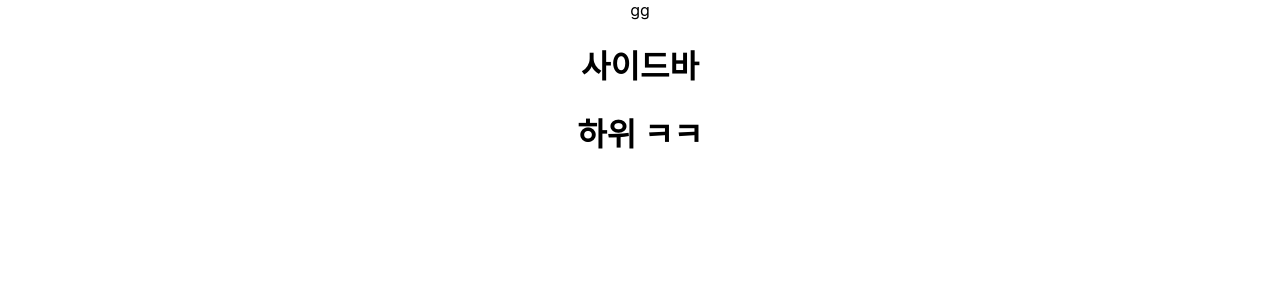
Repository: yangddoddi/community_react
Page: /
These files come from the project's save history. The page is drawn as it stood at one moment and after the next save; the edit follows.
The browser window is 1280 px wide. The pictures show the whole page.
The page's requests for data from a server got no answer. The project was rebuilt for these pictures with package versions that can differ from the ones it lists, and the page was loaded fresh each time. No one was signed in, and anything a server would have sent is missing. Also part of the build but not shown: src/App.css.

Above is the page before, as saved 2022-08-16 23:17:46.

After the next save:
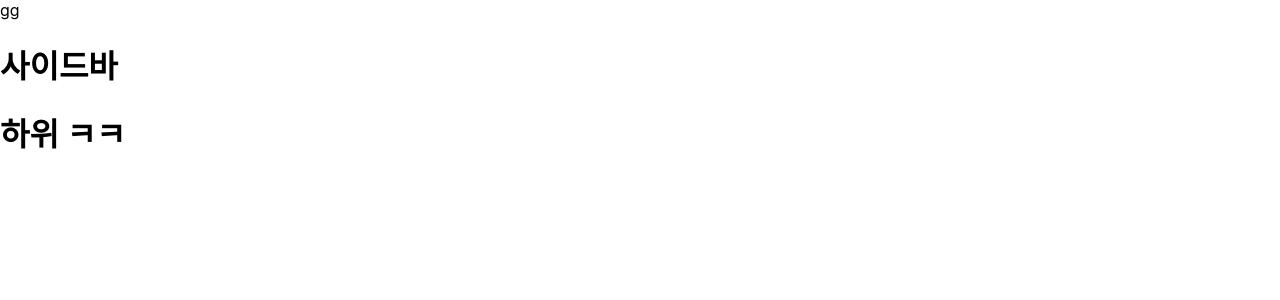
Saved 17 s later.
--- a/src/components/header.module.scss
+++ b/src/components/header.module.scss
@@ -1,4 +1,5 @@
 
-* {
-    text-align: center;
+
+.header {
+    width: 100%;
 }
